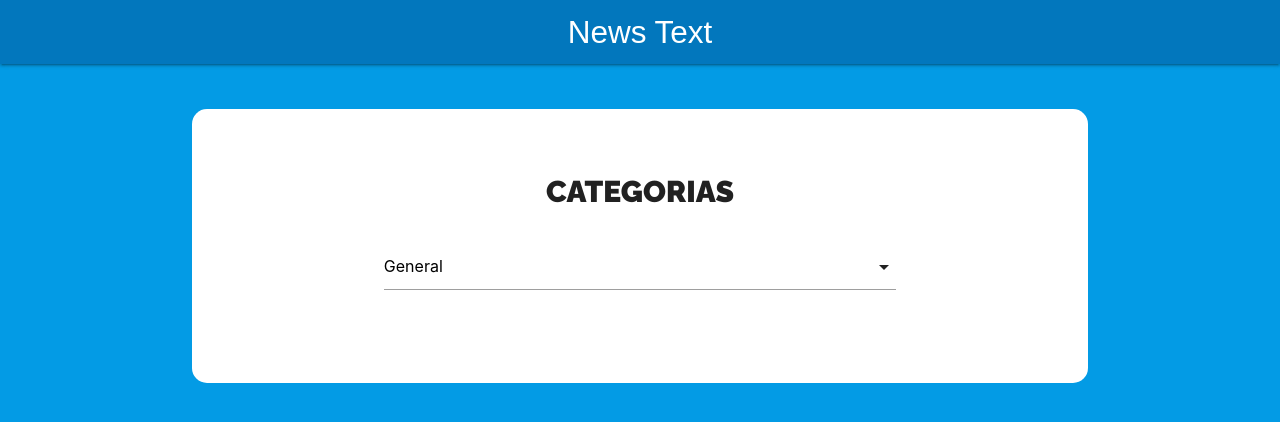
Repository: harrycampaz/news-react
Page: /
An editor plug-in stored every save of this project. The page is shown before and after the next save, followed by the edit.
The browser window is 1280 px wide. The pictures show the whole page.
The page's requests for data from a server got no answer. The project was rebuilt for these pictures with package versions that can differ from the ones it lists, and the page was loaded fresh each time. No one was signed in, and anything a server would have sent is missing. Also part of the build but not shown: src/components/news/News.js.

Above is the page before, as saved 2020-01-17 14:07:00.

### public/index.html
<!DOCTYPE html>
<html lang="en">
  <head>
    <meta charset="utf-8" />
    <link rel="icon" href="%PUBLIC_URL%/favicon.ico" />
    <meta name="viewport" content="width=device-width, initial-scale=1" />
    <meta name="theme-color" content="#000000" />
    <meta
      name="description"
      content="Web site created using create-react-app"
    />
    <link rel="apple-touch-icon" href="%PUBLIC_URL%/logo192.png" />
    <!--
      manifest.json provides metadata used when your web app is installed on a
      user's mobile device or desktop. See https://developers.google.com/web/fundamentals/web-app-manifest/
    -->
    <link rel="manifest" href="%PUBLIC_URL%/manifest.json" />
    <link rel="stylesheet" href="https://cdnjs.cloudflare.com/ajax/libs/materialize/1.0.0/css/materialize.min.css">
    <link href="https://fonts.googleapis.com/css?family=Raleway:700,900" rel="stylesheet">





    <!--
      Notice the use of %PUBLIC_URL% in the tags above.
      It will be replaced with the URL of the `public` folder during the build.
      Only files inside the `public` folder can be referenced from the HTML.

      Unlike "/favicon.ico" or "favicon.ico", "%PUBLIC_URL%/favicon.ico" will
      work correctly both with client-side routing and a non-root public URL.
      Learn how to configure a non-root public URL by running `npm run build`.
    -->
    <title>React App</title>
  </head>
  <body>
    <noscript>You need to enable JavaScript to run this app.</noscript>
    <div id="root"></div>
    <!--
      This HTML file is a template.
      If you open it directly in the browser, you will see an empty page.

      You can add webfonts, meta tags, or analytics to this file.
      The build step will place the bundled scripts into the <body> tag.

      To begin the development, run `npm start` or `yarn start`.
      To create a production bundle, use `npm run build` or `yarn build`.
    -->
    <script src="https://cdnjs.cloudflare.com/ajax/libs/materialize/1.0.0/js/materialize.min.js"></script>
    <script>
     document.addEventListener('DOMContentLoaded', function() {
         var elements = document.querySelectorAll('select');
         M.FormSelect.init(elements);
     });
   </script>
  </body>
</html>

### src/index.css
body {
  margin: 0;
  padding: 0;
  font-family: sans-serif;
}

body {
  background-color: #039be5;
}
.card-content h3 {
  font-size: 1.4rem;
}
.row {
  display: flex;
  flex-wrap: wrap;
}
.contenedor-noticias {
  padding: 2rem;
  border-radius: 1rem;
  margin-top: 3rem;
}

.buscador {
  margin-top: 2rem;
  margin-bottom: 2rem;
  text-align: left;
}
.buscador label {
  font-size: 2rem;
  color: black;
}
.dropdown-content li>span {
  color: black;
}
.select-wrapper input.select-dropdown:focus {
  border-bottom: 1px solid #e64a19!important;
}
h2 {
  font-family: 'Raleway', sans-serif;
  font-weight: 900;
  font-size: 2rem;
  text-transform: uppercase;
  text-align: center;
}

.card-action .btn {
  width: 100%;
}
.enviar input[type="submit"] {
  width: 100%;
}

.fade-enter {
  opacity: 0;
  transform: scale(1.25);
}
.fade-enter.fade-enter-active {
  opacity: 1;
  transition: all .5s ease-in;
  transform: scale(1);
}

.fade-exit {
  opacity: 1;
  transform: scale(1.25);
}
.fade-exit.fade-exit-active {
  opacity: 0;
  transition: all .5s ease-in;
  transform: scale(1);
}

### src/App.js
import React, { Component, Fragment } from 'react';
import Header from './components/Header';
import ListNews from './components/news/ListNews';
import Search from './components/Search';
import {GLOBAL} from './config/constants'

class App extends Component {

  state = {

    news: []
  }
  async componentDidMount(){

    this.getNoticias();

  }

  getNoticias =  async (category = 'general') => {
    const url = `${GLOBAL.url}${GLOBAL.version}top-headlines?country=co&category=${category}&apiKey=${GLOBAL.apiKey}`;

    const response = await fetch(url);
    const news = await response.json();

    this.setState({
      news: news.articles
    })
  }

  render() {
    return (

      <Fragment>
      <Header titulo= "News Text"/>
      <div className ="container white contenedor-noticias">

<Search getNoticias = {this.getNoticias}/>
<ListNews news = {this.state.news}/>

      </div>
      </Fragment>
    );
  }
}

export default App;

### src/components/Header.js
import React from 'react';
import PropTypes from 'prop-types';

const Header = ({titulo}) => {
    return (
        <nav className ="nav-wrapper light-blue darken-3">

    <a href="#!" className ="brand-logo center"> {titulo}</a>
        </nav>
    );
};


Header.propTypes = {
    titulo: PropTypes.string.isRequired
};

export default Header;

### src/components/news/ListNews.js
import React from 'react';
import News from './News';
import PropTypes from 'prop-types';

const ListNews = ({news}) => {
    return (
        <div className="row">
            {news.map(newsItem => {
               return <News key={newsItem.url} newsItem ={newsItem} />
            })}
        </div>
    );
};

ListNews.propTypes = {
    news: PropTypes.array.isRequired
};


export default ListNews;

### src/components/Search.js
import React, { Component } from 'react';
import PropTypes from 'prop-types';
class Search extends Component {

    state = {
        category: ''
    }

    componentDidMount(){
        this.setState({
            category: 'general'
        })
    }

    handleCategoy = e => {
        this.setState({
            category: e.target.value
        }, ()=> {
            this.props.getNoticias(this.state.category);
        })

        //enviarlo a la princiale

    }

    render() {
        return (
            <div className="buscardor row">
                <div className = "col s12 m8 offset-m2">
                    <form>
                        <h2>
                            Categorias
                        </h2>

                        <div className ="input-field col s12">

                            <select onChange={this.handleCategoy} >
                                <option value = "general">General</option>
                                <option value = "business">Business</option>
                                <option value = "entertainment">Entertainment</option>
                                <option value = "health">Health</option>
                                <option value = "science">Science</option>
                                <option value = "sports">Sports</option>
                                <option value = "technology">Technology</option>
                            </select>

                        </div>
                    </form>
                </div>


            </div>
        );
    }
}

Search.propTypes = {
    getNoticias: PropTypes.func.isRequired
};

export default Search;

### src/config/constants.js
export const GLOBAL = {

    url: 'https://newsapi.org/',
    version:'v2/',
    apiKey: 'e2e31acf44744967adbfc05c32672e50'
}

Loaded but not shown: src/index.js (common file); src/serviceWorker.js (common file)

After the next save:
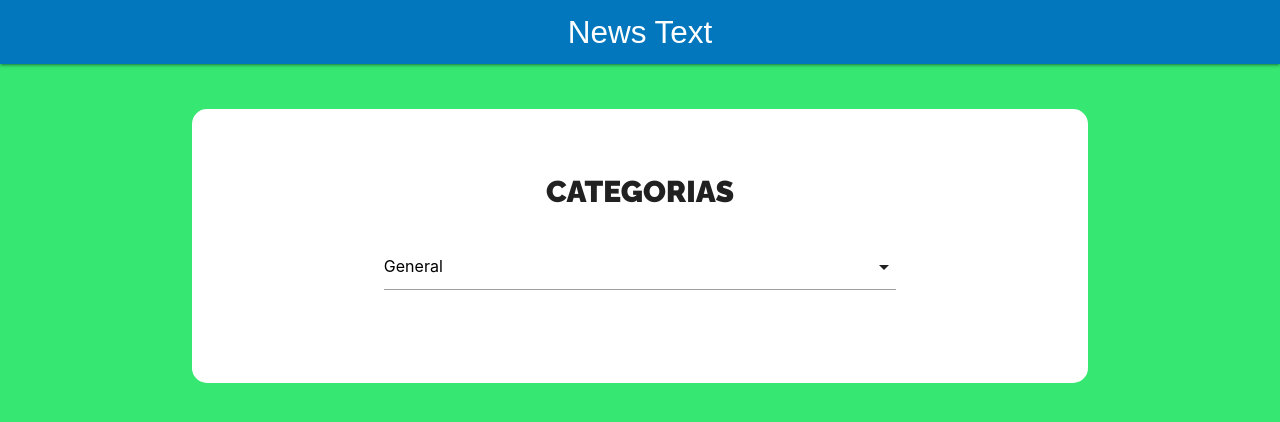
Saved 86 s later.
--- a/src/index.css
+++ b/src/index.css
@@ -5,7 +5,7 @@ body {
 }
 
 body {
-  background-color: #039be5;
+  background-color: #36e771;
 }
 .card-content h3 {
   font-size: 1.4rem;
